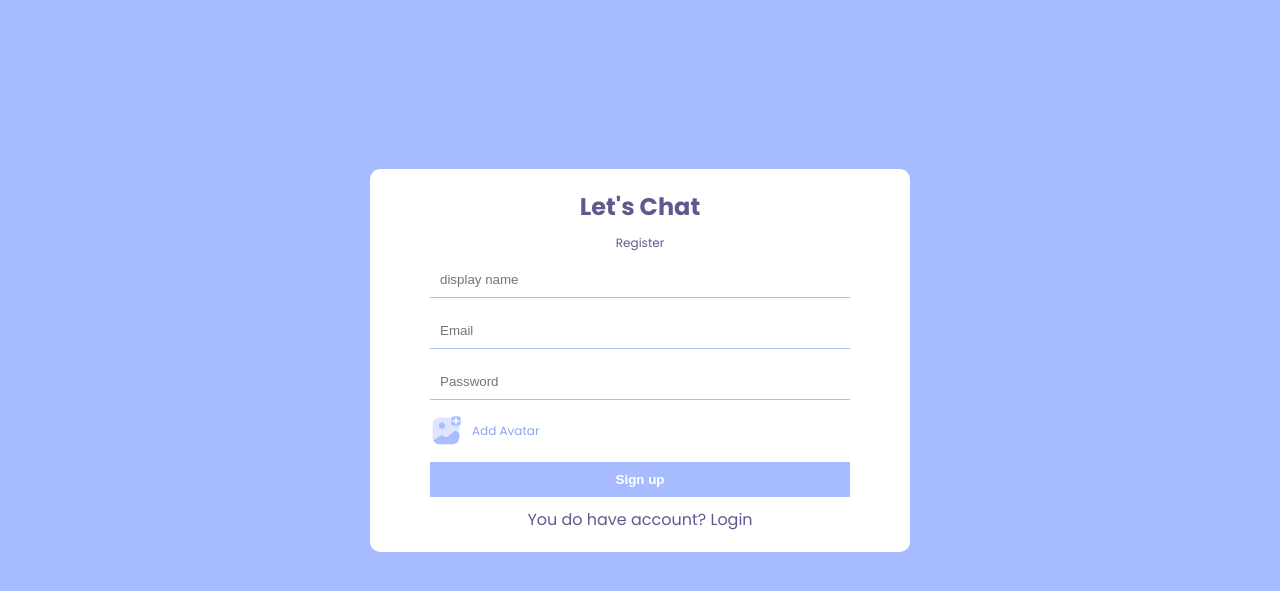
Repository: shikubro90/chatapp
Page: /
The author's editor kept a copy of each file at every save. The page is drawn from the files as they stood at one save, then again after the next save.
The browser window is 1280 px wide. The pictures show the whole page.
The project was rebuilt for these pictures with package versions that can differ from the ones it lists, and the page was loaded fresh each time.

Above is the page before, as saved 2022-09-08 16:11:37.

### src/App.js
import './App.css';
import Register from './pages/Register';
import './style.scss'

function App() {
  return (
    <div className="App">
      <Register/>
    </div>
  );
}

export default App;

### src/App.css
@import url(https://fonts.googleapis.com/css?family=Poppins:100,100italic,200,200italic,300,300italic,regular,italic,500,500italic,600,600italic,700,700italic,800,800italic,900,900italic);



*{
  margin: 0;
  padding: 0;
}

body,html{
  font-family: "Poppins", sans-serif, system-ui, -apple-system, BlinkMacSystemFont, 'Segoe UI', Roboto, Oxygen, Ubuntu, Cantarell, 'Open Sans', 'Helvetica Neue', sans-serif;
  box-sizing: border-box;
}


/* .App {
  text-align: center;
}

.App-logo {
  height: 40vmin;
  pointer-events: none;
}

@media (prefers-reduced-motion: no-preference) {
  .App-logo {
    animation: App-logo-spin infinite 20s linear;
  }
}

.App-header {
  background-color: #282c34;
  min-height: 100vh;
  display: flex;
  flex-direction: column;
  align-items: center;
  justify-content: center;
  font-size: calc(10px + 2vmin);
  color: white;
}

.App-link {
  color: #61dafb;
}

@keyframes App-logo-spin {
  from {
    transform: rotate(0deg);
  }
  to {
    transform: rotate(360deg);
  }
} */

### src/pages/Register.jsx
import Add from '../img/addAvatar.png'

const Register = () => {
  return (
    <div className='formContainer'>
        <div className="formWrapper">

            <span className='logo'>Let's Chat</span>
            <span className='title'>Register</span>

            <form action="">
                <input type="text" placeholder='display name' />
                <input type="email" placeholder='Email'/>
                <input type="password" placeholder='Password'/>
                <input type="file" style={{display:"none"}} id="file" />
                <label htmlFor="file">
                  <img src={Add} alt="" />
                  <span>Add Avatar</span>
                </label>
                <button>Sign up</button>
            </form>

            <p>You do have account? Login</p>

        </div>
    </div>
  )
}

export default Register

### src/style.scss
.formContainer{
    background-color: #a7bcff;
    height: 100vh;
    display: flex;
    align-items: center;
    justify-content: center;

    .formWrapper{

        background-color: white;
        padding: 20px 60px;
        border-radius: 10px;
        display: flex;
        flex-direction: column;
        gap: 10px;
        align-items: center;

        form{

            display: flex;
            flex-direction: column;
            gap: 15px;

            input{
                padding: 10px 10px;
                min-width: 400px;
                border: none;
                border-bottom: 1px solid #a7bcff;
                outline: none;
            }&::placeholder{
                color: rgba(175, 175, 175);
            }

            button{
                background-color: #a7bcff;
                color: white;
                padding: 10px;
                font-weight: bold;
                border: none;
                cursor: pointer;
            }

            label{
                display: flex;
                align-items: center;
                color: #8da4f1;
                gap: 10px;
                font-size: 12px;
                cursor: pointer;

                img{
                    width: 32px;
                }
            }
        }

        p{
            color: #5d5b8d;

        }

        .logo{
            color: #5d5b8d;
            font-weight: bold;
            font-size: 24px;
        }

        .title{
            color: #5d5b8d;
            font-size: 12px;
        }
    }
}

Loaded but not shown: src/index.js (common file)

After the next save:
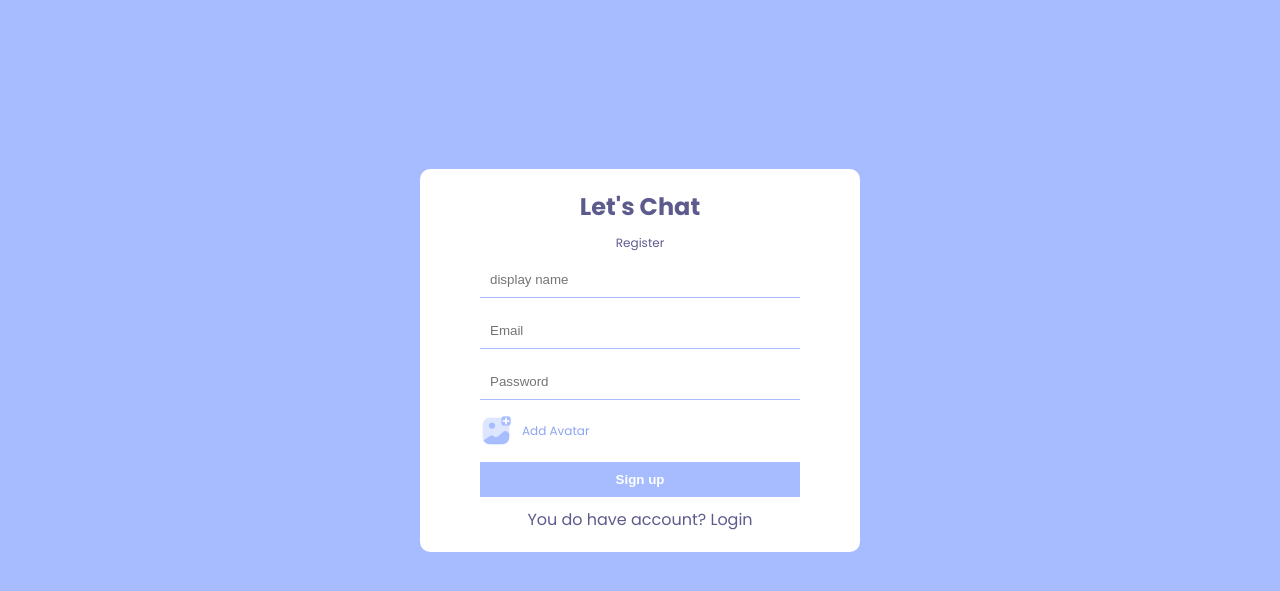
Saved 7 s later.
--- a/src/style.scss
+++ b/src/style.scss
@@ -23,7 +23,7 @@
 
             input{
                 padding: 10px 10px;
-                min-width: 400px;
+                min-width: 300px;
                 border: none;
                 border-bottom: 1px solid #a7bcff;
                 outline: none;
